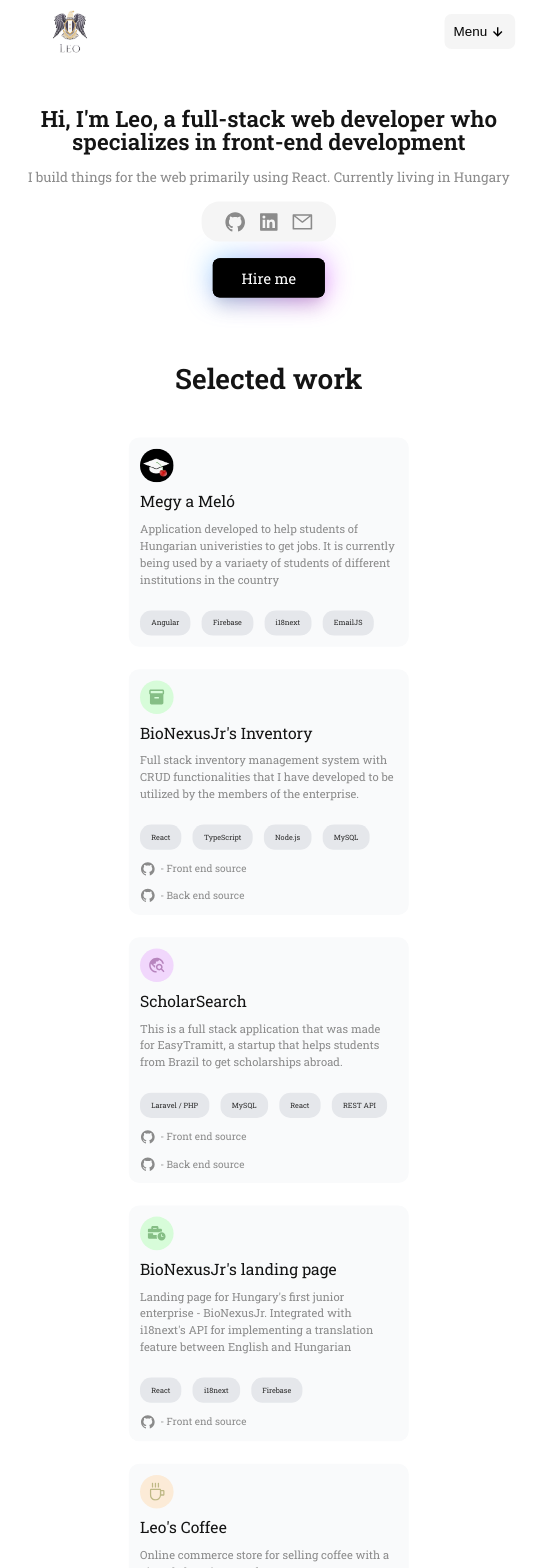
Repository: Leoka2000/portfolio-final
Page: /
These files come from the project's save history. The page is drawn as it stood at one moment and after the next save; the edit follows.
The browser window is 768 px wide. The pictures show the part of the page from y = 0 to 2240 px (the page is 4570 px tall before and 4560 px after), at 70% of full size.
Some web fonts or font styles are not loaded; a fallback is used. The project was rebuilt for these pictures with package versions that can differ from the ones it lists, and the page was loaded fresh each time. Some packages were replaced by stand-ins written for this rebuild. Also part of the build but not shown: src/App.css. Imported but missing from the stored project, and not drawn on this page: src/assets/BioNexus.mp4, src/assets/LeoCV.pdf, src/assets/ScholarSearch.mp4, src/assets/chat-app.mp4.

Above is the page before, as saved 2023-09-27 11:38:50.

After the next save:
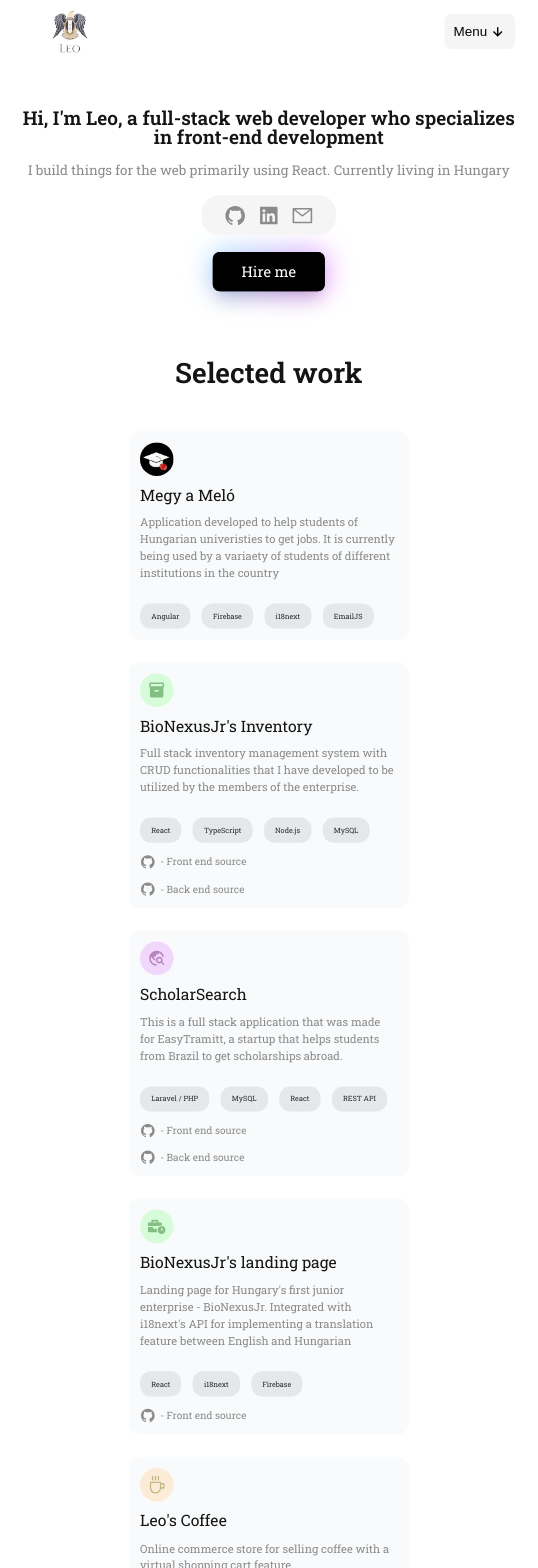
Saved 11 min 15 s later.
--- a/src/pages/main/hero/hero.css
+++ b/src/pages/main/hero/hero.css
@@ -109,7 +109,7 @@ color: black;
 @media screen and (max-width: 1000px) {
     .hero-section > h1 {
         color: var(--h1);
-        font-size: 2rem;
+        font-size: 1.7rem;
     }
     .hero-section > p {
         font-size: 1.2rem;
